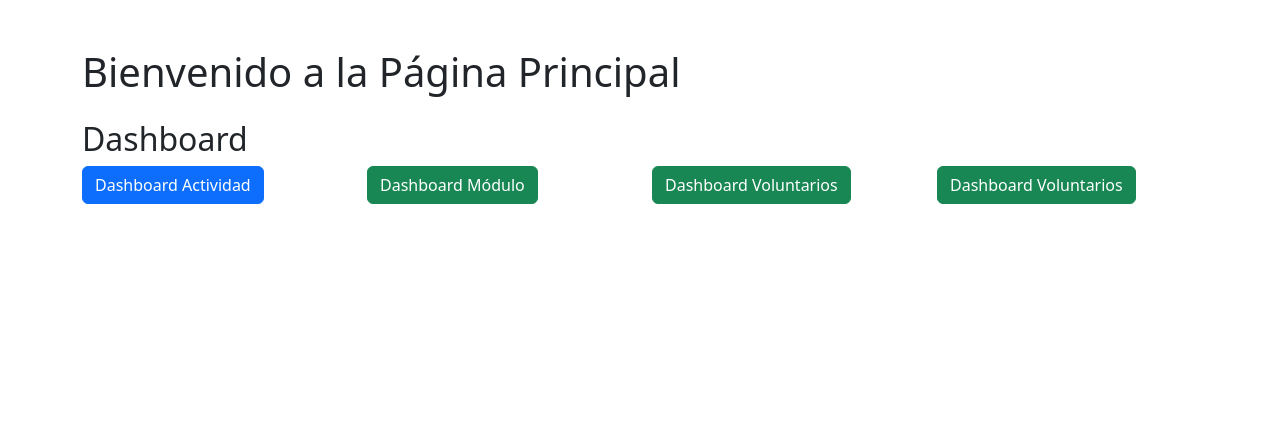
Repository: PTQL/PTQL-API
Page: src/main/resources/templates/PaginaPrincipal.html
The author's editor kept a copy of each file at every save. The page is drawn from the files as they stood at one save, then again after the next save.
The browser window is 1280 px wide. The pictures show the whole page.

Above is the page before, as saved 2024-05-18 00:21:53.

After the next save:
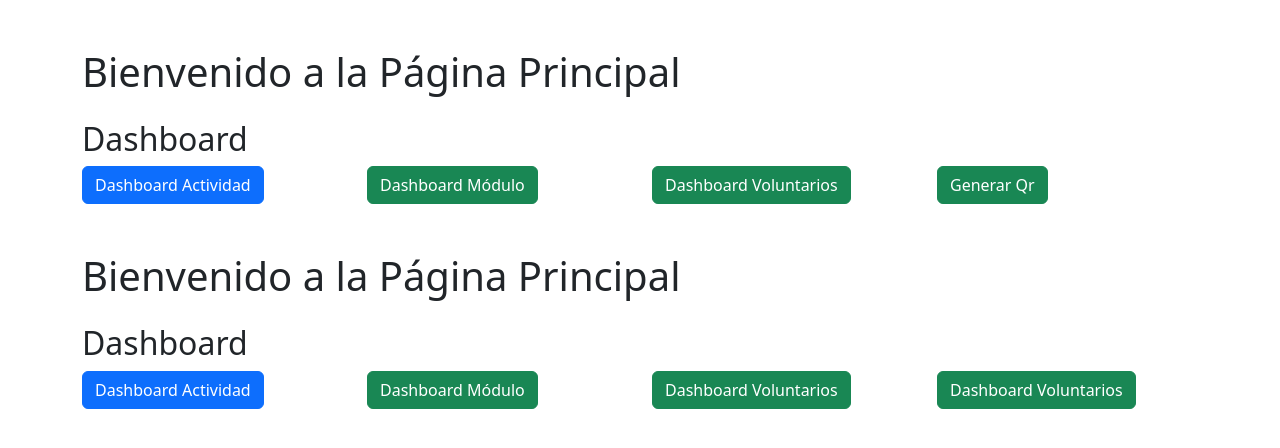
Saved 9 s later.
--- a/src/main/resources/templates/PaginaPrincipal.html
+++ b/src/main/resources/templates/PaginaPrincipal.html
@@ -1,3 +1,39 @@
+<!DOCTYPE html>
+<html lang="es">
+<head>
+    <meta charset="UTF-8">
+    <meta name="viewport" content="width=device-width, initial-scale=1">
+    <title>Página Principal</title>
+    <link href="https://cdn.jsdelivr.net/npm/bootstrap@5.3.0/dist/css/bootstrap.min.css" rel="stylesheet">
+</head>
+<body>
+
+<div class="container mt-5">
+    <h1>Bienvenido a la Página Principal</h1>
+
+    <!-- Sección de Generar -->
+    <div class="mt-4">
+        <h2>Dashboard</h2>
+        <div class="row">
+            <div class="col-md-3">
+                <a href="/dashboard_actividad" class="btn btn-primary">Dashboard Actividad</a>
+            </div>
+            <div class="col-md-3">
+                <a href="/dashboard_modulo" class="btn btn-success">Dashboard Módulo</a>
+            </div>
+            <div class="col-md-3">
+                <a href="/dashboard_voluntario" class="btn btn-success">Dashboard Voluntarios</a>
+            </div>
+            <div class="col-md-3">
+                <a href="/generar_qr" class="btn btn-success">Generar Qr</a>
+            </div>
+        </div>
+    </div>
+</div>
+
+<script src="https://cdn.jsdelivr.net/npm/bootstrap@5.3.0/dist/js/bootstrap.bundle.min.js"></script>
+</body>
+</html>
 <!DOCTYPE html>
 <html lang="es">
 <head>
